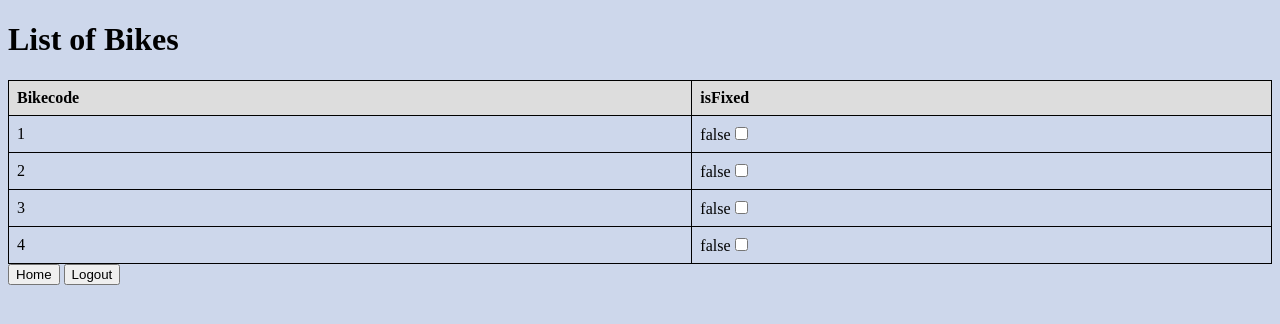
Repository: salveendutt/Bike-Reservation-App
Page: Desktop/SE2_REPO/templates/bike_list.html
These files come from the project's save history. The page is drawn as it stood at one moment and after the next save; the edit follows.
The browser window is 1280 px wide. The pictures show the whole page.
The template is drawn by Django 4.2. The application's start-up code is not run. Other server files are loaded and not shown. The template is opened directly, without the code that normally fills it, so the values that code supplies are empty.

Above is the page before, as saved 2023-04-22 18:54:22.

### Desktop/SE2_REPO/templates/bike_list.html
<!DOCTYPE html>
<html>
<head>
	<title>Bikes List</title>
    <style>
        body {
            background-color: rgb(205, 215, 235);
        }
        table {
            border-collapse: collapse;
            width: 100%;
        }
        th, td {
			padding: 8px;
			text-align: left;
			border: 1px solid black;
		}
		th {
			background-color: #dddddd;
		}
		.is-fixed {
			background-color: #ff9999;
		}
    </style>
</head>
<body>
	<h1>List of Bikes</h1>
    <table>
		<thead>
			<tr>
				<th>Bikecode</th>
				<th>isFixed</th>
			</tr>
		</thead>
		<tbody id="bikes-list"></tbody>
	</table>
	<button id="home-button">Home</button>
    <button id="logout-button">Logout</button>
	<script>
		const bikes = [
			{ Bikecode: 1, isFixed: false },
			{ Bikecode: 2, isFixed: false },
			{ Bikecode: 3, isFixed: false },
			{ Bikecode: 4, isFixed: false }
		];

		const bikesList = document.getElementById('bikes-list');

		bikes.forEach(bike => {
			const tr = document.createElement('tr');
			const bikecodeTd = document.createElement('td');
			bikecodeTd.textContent = bike.Bikecode;
			tr.appendChild(bikecodeTd);
			const isfixedTd = document.createElement('td');
			const isfixedCheckbox = document.createElement('input');
			isfixedCheckbox.type = 'checkbox';
			isfixedTd.textContent = bike.isFixed;
            isfixedCheckbox.addEventListener('change', () => {
                bike.isFixed = isfixedCheckbox.checked;
                if(bike.isFixed) {
                    tr.classList.add('is-fixed');
                }else {
                    tr.classList.remove('is-fixed');
                }
            });
            isfixedTd.appendChild(isfixedCheckbox);
			tr.appendChild(isfixedTd);
			if (bike.isFixed) {
				tr.classList.add('is-fixed');
			}
			bikesList.appendChild(tr);
		});

        const homeButton = document.getElementById('home-button');
		homeButton.addEventListener('click', () => {
			window.location.href = '/';
		});
	</script>
</body>
</html>

After the next save:
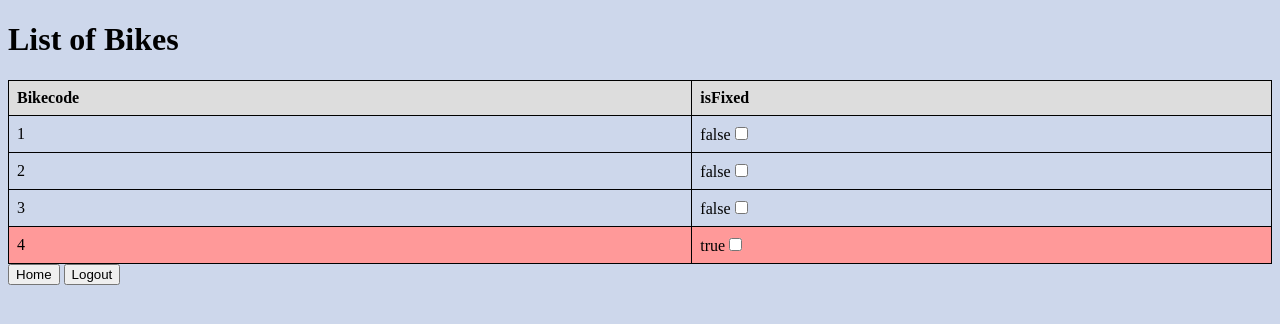
Saved 34 s later.
--- a/Desktop/SE2_REPO/templates/bike_list.html
+++ b/Desktop/SE2_REPO/templates/bike_list.html
@@ -41,7 +41,7 @@
 			{ Bikecode: 1, isFixed: false },
 			{ Bikecode: 2, isFixed: false },
 			{ Bikecode: 3, isFixed: false },
-			{ Bikecode: 4, isFixed: false }
+			{ Bikecode: 4, isFixed: true }
 		];
 
 		const bikesList = document.getElementById('bikes-list');
